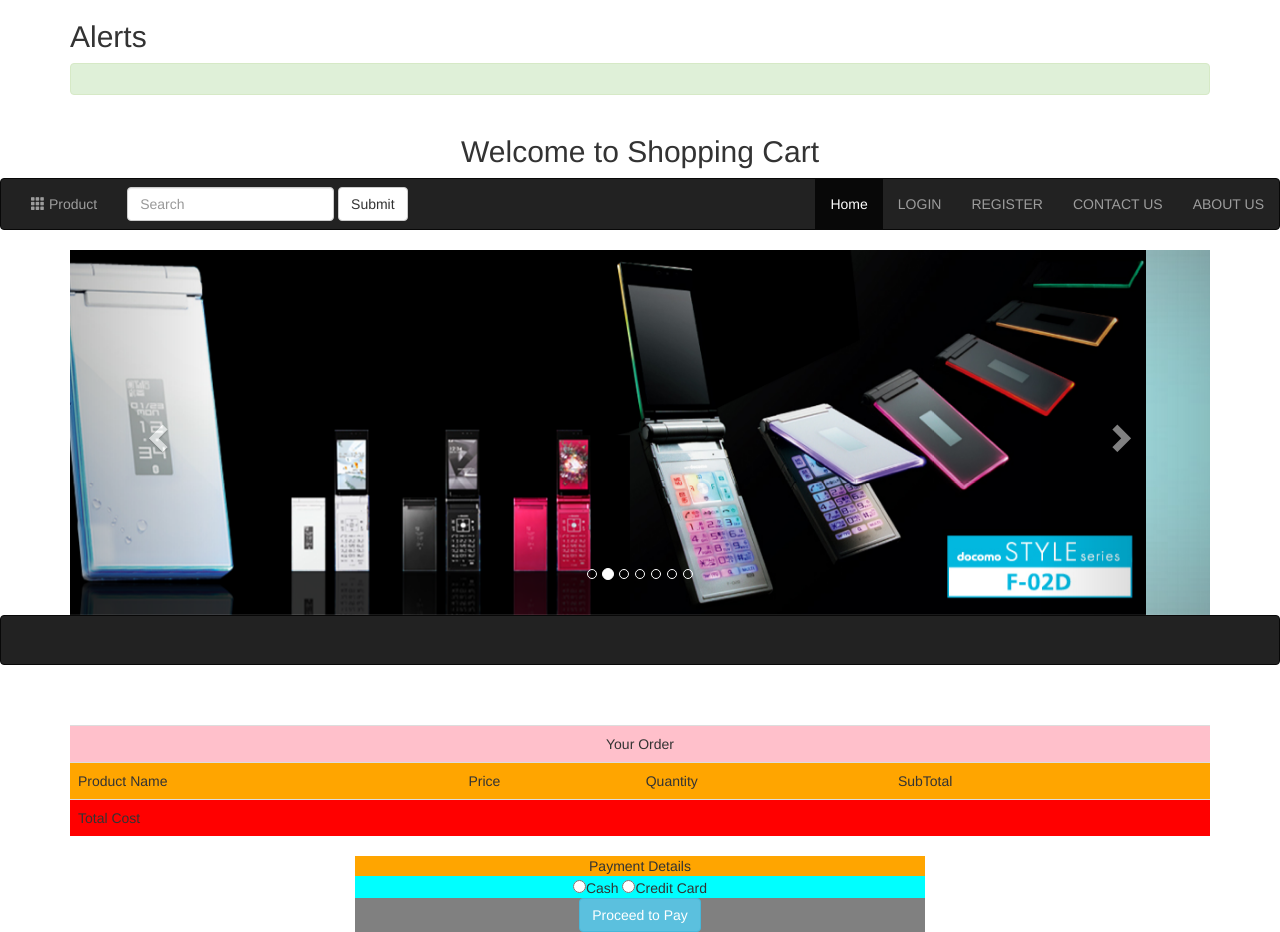
Repository: ashutosh238/S180403_404Shoppingcart
Page: http://localhost/ShoppingCartFrontEnd/WEB-INF/page/OrderConfirm.jsp
An editor plug-in stored every save of this project. The page is shown before and after the next save, followed by the edit.
The browser window is 1280 px wide. The pictures show the whole page.
The page is served by Tomcat 9. Nobody is signed in. Other server files are loaded and not shown. The template is opened directly, without the code that normally fills it, so the values that code supplies are empty.

Above is the page before, as saved 2018-06-07 16:25:36.

### ShoppingCartFrontEnd/src/main/webapp/WEB-INF/page/OrderConfirm.jsp
<%@include file="home.jsp" %>
<%@taglib uri="http://java.sun.com/jsp/jstl/core" prefix="c" %>

<div class="container">

<table align="center" class="table" >
	<tr bgcolor='pink'><td colspan='5'> <center>Your Order</center></td></tr>
	<tr bgcolor='orange'>
		<td>Product Name</td>
		<td>Price</td>
		<td>Quantity</td>
		<td>SubTotal</td>
		<td></td>
	</tr>

		<c:if test="${not empty listCartItems}">
		<c:forEach items="${listCartItems}" var="cartItem">
		<tr bgcolor='cyan'>
			<td>${cartItem.productName}</td>
			<td>${cartItem.price}</td>
			<td>${cartItem.quantity}</td>
			<td>${cartItem.price * cartItem.quantity}</td>
			<td><img src="<c:url value="/resources/${cartItem.productId}.jpg"/>" width="50" height="50"/></td>
		</tr>
		</c:forEach>
		</c:if>
		<tr bgcolor="red">
			<td colspan="3">Total Cost</td>
			<td>${totalCost}</td>
			<td colspan="2"></td>
		</tr>
</table>

<form action="paymentConfirmation" method="post">
<table align="center" width="50%">
	<tr bgcolor="orange"><td colspan="2"><center>Payment Details</center></td></tr>
	<tr bgcolor="cyan"><td colspan="2"><center><input type="radio" name="mode" value="CS">Cash
	<input type="radio" name="mode" value="CC">Credit Card</center></td></tr>
	<tr bgcolor="gray"><td colspan="2"><center><input type="submit" value="Proceed to Pay" class="btn btn-info"></center></td></tr>

</table>
</form>
</div>

### ShoppingCartFrontEnd/src/main/webapp/WEB-INF/page/home.jsp
<%@ page language="java" contentType="text/html; charset=ISO-8859-1"
	pageEncoding="ISO-8859-1"%>
<!DOCTYPE html PUBLIC "-//W3C//DTD HTML 4.01 Transitional//EN" "http://www.w3.org/TR/html4/loose.dtd">
<html>
<head>
<!-- need to use few tags like if, loops in this page. -->
<%@ taglib uri="http://java.sun.com/jsp/jstl/core" prefix="c"%>
<meta http-equiv="Content-Type" content="text/html; charset=ISO-8859-1">
<title>Insert title here</title>
<!-- external css -->
<link rel="stylesheet" type="text/css" href="resources/css/style.css">


</head>
<body>


<div class="container">
  <h2>Alerts</h2>
  <div class="alert alert-success">
    <strong>${msg}</strong>
    </div>
    </div>


	<center>
		<h2 >Welcome to Shopping Cart</h2>
	</center>

	<!--  include login_header.jsp here -->
	<jsp:include page="login_header.jsp"></jsp:include>
	<jsp:include page="carousel.jsp"></jsp:include>


	<jsp:include page="ProductPage.jsp"></jsp:include>

	<%-- <jsp:include page="imageslider.jsp"></jsp:include> --%>

	<!-- when user click login, then only login.jsp
	should include...it means we need to write
	some condition. by using jstl tags -->

<div>
	<c:if test="${isUserClickedLogin==true}">
		<jsp:include page="login.jsp"></jsp:include>
	</c:if>

	<c:if test="${isUserClickedRegister==true}">
		<jsp:include page="register.jsp"></jsp:include>
	</c:if>

	<c:if test="${isAdmin==true}">
		<jsp:include page="admin/admin.jsp"></jsp:include>
	</c:if>

	<c:if test="${isUserClickedMyCart==true}">
		<jsp:include page="Cart.jsp"></jsp:include>
</c:if>
<c:if test="${isUserClicked==true}">
		<jsp:include page="Contact.jsp"></jsp:include>
</c:if>

</div>
</body>
</html>

### ShoppingCartFrontEnd/src/main/webapp/WEB-INF/page/login_header.jsp
<%@ page language="java" contentType="text/html; charset=ISO-8859-1"
    pageEncoding="ISO-8859-1"%>
    <%@ taglib uri="http://java.sun.com/jsp/jstl/core" prefix="c" %>
<!DOCTYPE html>
<html lang="en">
<head>
  <title>Bootstrap Example</title>
  <meta charset="utf-8">
  <meta name="viewport" content="width=device-width, initial-scale=1">
  <link rel="stylesheet" href="https://maxcdn.bootstrapcdn.com/bootstrap/3.3.7/css/bootstrap.min.css">
  <script src="https://ajax.googleapis.com/ajax/libs/jquery/3.3.1/jquery.min.js"></script>
  <script src="https://maxcdn.bootstrapcdn.com/bootstrap/3.3.7/js/bootstrap.min.js"></script>
</head>
<body>

<nav class="navbar navbar-inverse">



  <div class="container-fluid">



    <ul class="nav navbar-nav navbar-right">
       <c:if test="${!sessionScope.loggedIn}">
      <li class="active"><a href="<c:url value="/"/>">Home</a></li>
      <li><a href="login">LOGIN</a></li>
      <li><a href="register">REGISTER</a></li>
      <li><a href="contact">CONTACT US</a></li>
      <li><a href="aboutus">ABOUT US</a></li>
      </c:if>
      <c:if test="${sessionScope.loggedIn}">
      	<c:if test="${sessionScope.role=='A'}">
      		<li><a href="<c:url value="/"/>">Home</a></li>
      		<li><a href="manage_products">MANAGE PRODUCT</a></li>
      	</c:if>
      	<c:if test="${sessionScope.role=='C'}">
      		<li><a href="<c:url value="/"/>">Home</a></li>
      		<li><a href="<c:url value="/productPage"/>">Products</a></li>
      	</c:if>
      </c:if>

    </ul>
    <ul class="nav navbar-nav navbar-left">
     <li><a href="productPage"><span class="glyphicon glyphicon-th"></span> Product</a></li>

  <form class="navbar-form navbar-left" action="search">

      <div class="form-group">

        <input type="text" class="form-control" placeholder="Search" name="category_name">

      </div>

      <button type="submit" class="btn btn-default">Submit</button>

    </form>
     </ul>
     <div class="nav nav-bar navbar-right">
    	<c:if test="${sessionScope.loggedIn}">
    	<a href="<c:url value="/showCart"/>">
          <span class="glyphicon glyphicon-shopping-cart"></span>
        </a>
    	<font color="White" face="calibri" size='3'>${CartItems}&nbsp;Welcome ${sessionScope.username}</font>
    	<a href="perform_logout">LOGOUT</a>
    	</c:if>
    </div>
  </div>
</nav>


</body>
</html>

### ShoppingCartFrontEnd/src/main/webapp/WEB-INF/page/carousel.jsp
<!DOCTYPE html>
<html lang="en">
<head>
  <title>Bootstrap Example</title>
  <meta charset="utf-8">
  <meta name="viewport" content="width=device-width, initial-scale=1">
  <link rel="stylesheet" href="https://maxcdn.bootstrapcdn.com/bootstrap/3.3.7/css/bootstrap.min.css">
  <script src="https://ajax.googleapis.com/ajax/libs/jquery/3.3.1/jquery.min.js"></script>
  <script src="https://maxcdn.bootstrapcdn.com/bootstrap/3.3.7/js/bootstrap.min.js"></script>
</head>
<body>

<div class="container">

  <div id="myCarousel" class="carousel slide" data-ride="carousel">
    <!-- Indicators -->
    <ol class="carousel-indicators">
      <li data-target="#myCarousel" data-slide-to="0" class="active"></li>
      <li data-target="#myCarousel" data-slide-to="1"></li>
      <li data-target="#myCarousel" data-slide-to="2"></li>
      <li data-target="#myCarousel" data-slide-to="3"></li>
      <li data-target="#myCarousel" data-slide-to="4"></li>
      <li data-target="#myCarousel" data-slide-to="5"></li>
      <li data-target="#myCarousel" data-slide-to="6"></li>
    </ol>

    <!-- Wrapper for slides -->
    <div class="carousel-inner">
      <div class="item active">
      <a href="productPage">
        <img src="resources/images/R12.png" alt="mobile" style="width:100%;">
      </a>
      </div>
      <div class="item">
      <a href="productPage">
        <img src="resources/images/12.jpg" alt="cart" style="width:100%;"></a>
      </div>

      <div class="item">
      <a href="productPage">
        <img src="resources/images/s12.jpg" alt="shoe" style="width:100%;"></a>
      </div>
       <div class="item">
       <a href="productPage">
        <img src="resources/images/fashion.jpg" alt="clothes" style="width:100%;"></a>
      </div>
       <div class="item">
       <a href="productPage">
        <img src="resources/images/card.png" alt="card" style="width:100%;"></a>
      </div>
       <div class="item">
       <a href="productPage">
        <img src="resources/images/ele.jpg" alt="laptop" style="width:100%;"></a>
      </div>

       <div class="item">
       <a href="productPage">
        <img src="resources/images/t.jpg" alt="clothes" style="width:100%;">
      </a>
      </div>
    </div>

    <!-- Left and right controls -->
    <a class="left carousel-control" href="#myCarousel" data-slide="prev">
      <span class="glyphicon glyphicon-chevron-left"></span>
      <span class="sr-only">Previous</span>
    </a>
    <a class="right carousel-control" href="#myCarousel" data-slide="next">
      <span class="glyphicon glyphicon-chevron-right"></span>
      <span class="sr-only">Next</span>
    </a>
  </div>
</div>

</body>
</html>

### ShoppingCartFrontEnd/src/main/webapp/WEB-INF/page/ProductPage.jsp
<%@ page language="java" contentType="text/html; charset=ISO-8859-1"
    pageEncoding="ISO-8859-1"%>
<!DOCTYPE html PUBLIC "-//W3C//DTD HTML 4.01 Transitional//EN" "http://www.w3.org/TR/html4/loose.dtd">
<html>
<head>
<%@ taglib uri="http://java.sun.com/jsp/jstl/core" prefix="c"%>
 <title>Bootstrap Example</title>

  <meta name="viewport" content="width=device-width, initial-scale=1">
  <link rel="stylesheet" href="https://maxcdn.bootstrapcdn.com/bootstrap/3.3.7/css/bootstrap.min.css">
  <script src="https://ajax.googleapis.com/ajax/libs/jquery/3.3.1/jquery.min.js"></script>
  <script src="https://maxcdn.bootstrapcdn.com/bootstrap/3.3.7/js/bootstrap.min.js"></script>
</head>

<body>


<nav class="navbar navbar-inverse">


 <div class="container-fluid">
     <c:forEach var="category" items="${categories}">
    <ul class="nav navbar-nav">

      <li class="dropdown"><a class="dropdown-toggle" data-toggle="dropdown" href="#">${category.name}  <span class="caret"></span></a>
        <ul class="dropdown-menu">
        <li> <c:forEach var="product" items="${category.products}">
					<div class="dropdown-content">
						<a href="productDesc/${product.id}">${product.name}</a>

					</div>


</c:forEach>
</li>
        </ul>
      </li>
    </ul>

  </c:forEach>
  </div>
</nav>
<br><br>
<c:forEach items="${listProducts}" var="product">
		<div class = "col-sm-4 col-md-4">
			<a href="<c:url value="productDesc/${product.id}"/>">
			<img src = "<c:url value="resources/${product.id}.jpg"/>" width="100" height="150" alt = "Generic thumbnail">
			</a>
 			<p>
      	 		<h3>${product.name}</h3>
      	 		<h3>${product.price}</h3>
      		</p>
		</div>
</c:forEach>


</body>

</html>

### ShoppingCartFrontEnd/src/main/webapp/resources/css/style.css
@charset "ISO-8859-1";


.headerbackground{

	background-image: url("../images/bodybackground.PNG");
}

.bodybackground{
	background-image: url("../images/headerbackground.PNG");
	background-size: 100%;
}

After the next save:
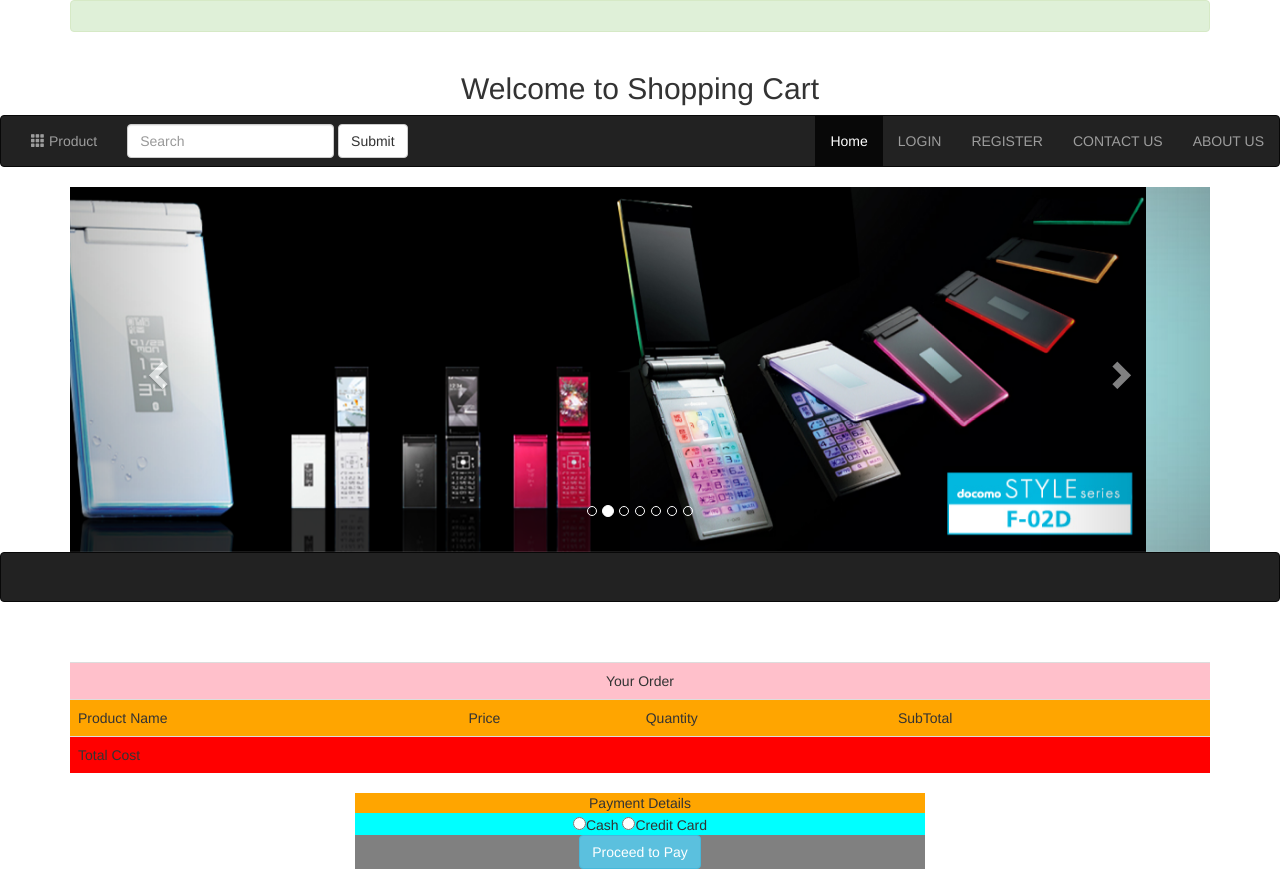
Saved 22 s later.
--- a/ShoppingCartFrontEnd/src/main/webapp/WEB-INF/page/home.jsp
+++ b/ShoppingCartFrontEnd/src/main/webapp/WEB-INF/page/home.jsp
@@ -16,7 +16,7 @@
 
 
 <div class="container">
-  <h2>Alerts</h2>
+
   <div class="alert alert-success">
     <strong>${msg}</strong>
     </div>
